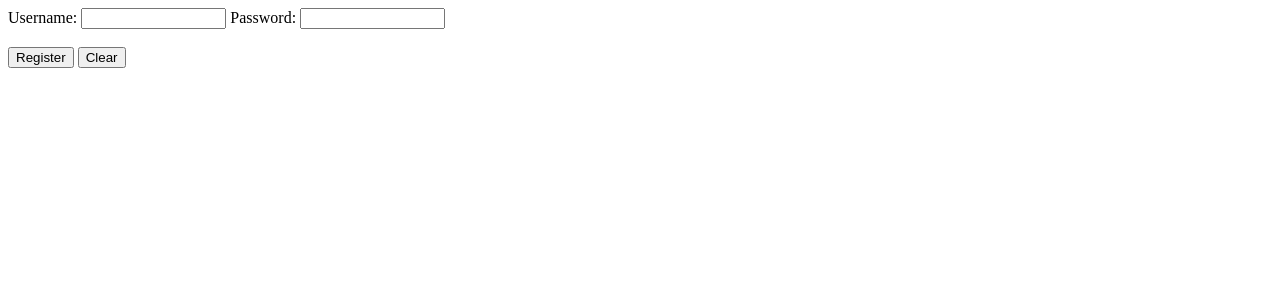
Repository: vanarla/Day8
Page: LoginApp/WebContent/registration.html
The author's editor kept a copy of each file at every save. The page is drawn from the files as they stood at one save, then again after the next save.
The browser window is 1280 px wide. The pictures show the whole page.

Above is the page before, as saved 2018-09-05 10:18:45.

After the next save:
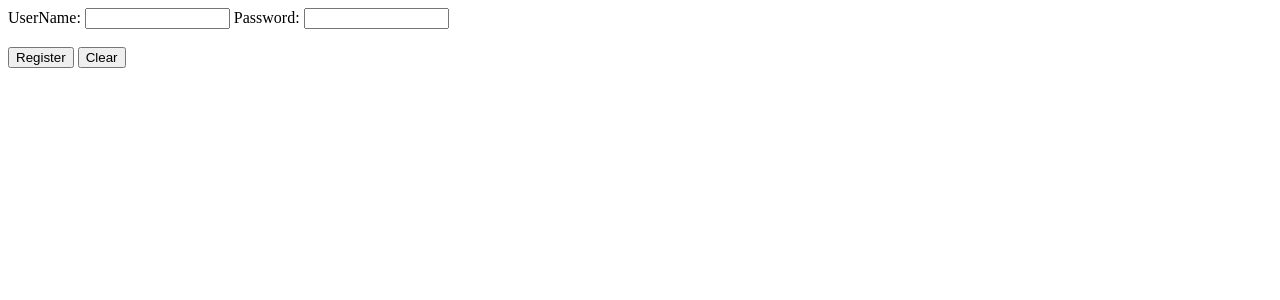
Saved 22 s later.
--- a/LoginApp/WebContent/registration.html
+++ b/LoginApp/WebContent/registration.html
@@ -7,7 +7,7 @@
 <body>
 <form action="login" method="post">
 
-<label>Username:</label>
+<label>UserName:</label>
 <input type="text" name="username" size="15"/>
 <label>Password:</label>
 <input type="text" name="password" size="15"/>
